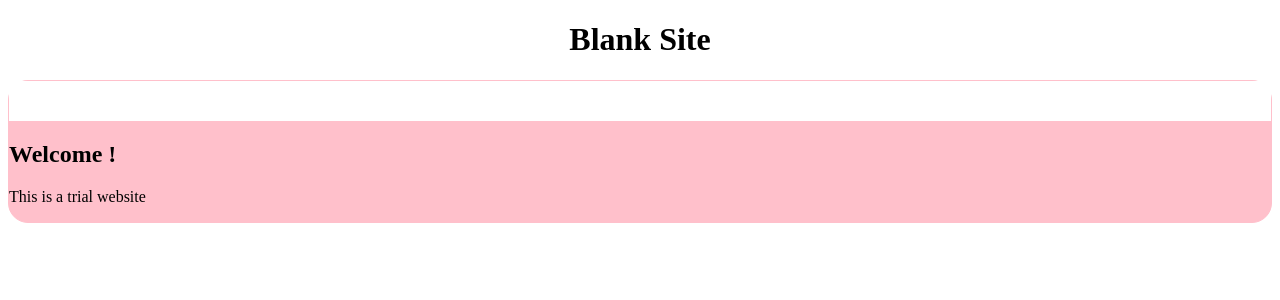
Repository: yhung004/Blank_Project
Page: index.html
These files come from the project's save history. The page is drawn as it stood at one moment and after the next save; the edit follows.
The browser window is 1280 px wide. The pictures show the whole page.

Above is the page before, as saved 2024-04-04 00:03:26.

### index.html
<!DOCTYPE html>
<html lang="en">
<head>
    <meta charset="UTF-8">
    <meta name="viewport" content="width=device-width, initial-scale=1.0">
    <title>Document</title>
    <link rel="stylesheet" href="index.css">
</head>
<body>
    <h1 class="header"> Blank Site</h1>
    <div class="main">
        <div class="main2"></div>
        <h2 class="header_2">Welcome !</h2>
        <p class="words">This is a trial website</p>
    </div>
</body>
</html>

### index.css

h1.header {
    text-align:center;
}
div.main {
    background-color: pink;
    border: 1px solid pink;
    border-radius: 20px;
    display:flex:
}
div.main2 {
    background-color:white;
    padding: 20px 20px 20px 20px;
}

After the next save:
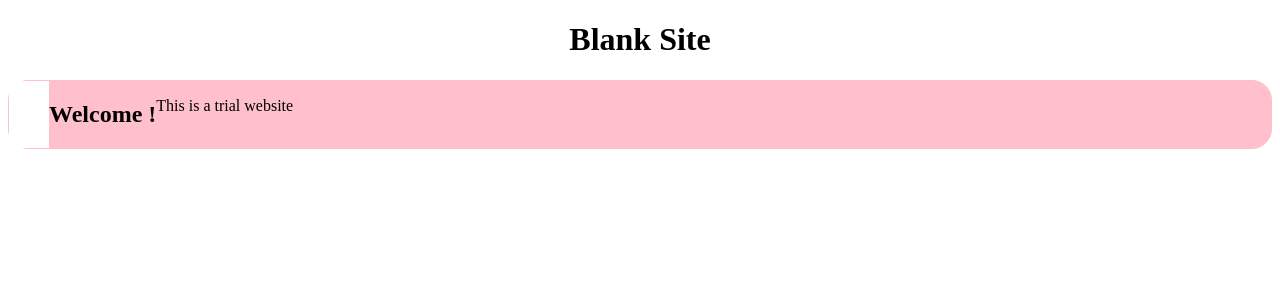
Saved 6 s later.
--- a/index.css
+++ b/index.css
@@ -6,7 +6,7 @@ div.main {
     background-color: pink;
     border: 1px solid pink;
     border-radius: 20px;
-    display:flex:
+    display:flex;
 }
 div.main2 {
     background-color:white;
